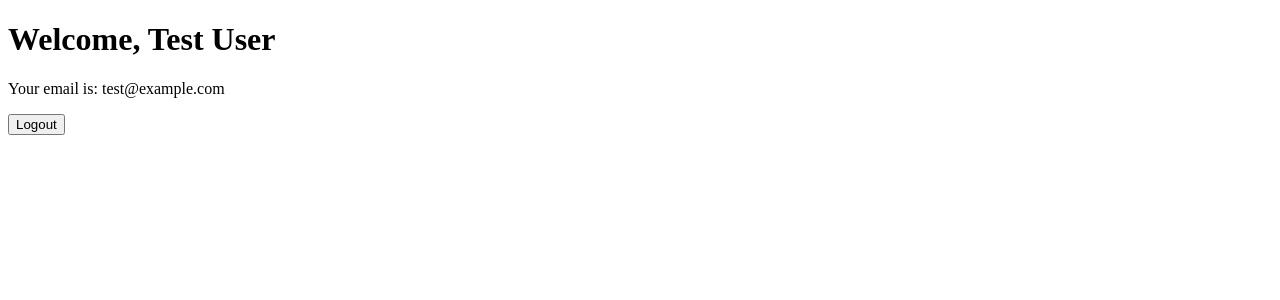
Repository: Adel-Shurrab/CRUD-System
Page: http://localhost/
These files come from the project's save history. The page is drawn as it stood at one moment and after a run of saves; the edit follows.
The browser window is 1280 px wide. The pictures show the whole page.
The page is served by the project's Laravel application, run on PHP 8.4 with Laravel 12. A made-up administrator, Test User (test@example.com), is signed in. Other server files are loaded and not shown.

Above is the page before, as saved 2025-05-14 14:32:10.

### routes/web.php
<?php

use Illuminate\Support\Facades\Route;
use App\Http\Controllers\UserController;

Route::middleware('auth')->group(function () {
    Route::view('/', 'home')->name('home');
});

Route::middleware('guest')->group(function () {
    Route::get('/register', [UserController::class, 'showRegistrationForm'])->name('register');
    Route::post('/register', [UserController::class, 'register'])->name('register.post');
    Route::get('/login', [UserController::class, 'showLoginForm'])->name('login');
    Route::post('/login', [UserController::class, 'login'])->name('login.post');
});

Route::post('/logout', [UserController::class, 'logout'])->name('logout');

### resources/views/home.blade.php
<!DOCTYPE html>
<html lang="en">

<head>
    <meta charset="UTF-8">
    <meta name="viewport" content="width=device-width, initial-scale=1.0">
    <meta http-equiv="X-UA-Compatible" content="ie=edge">
    <title>Home</title>
</head>

<body>
    <h1>Welcome, {{ Auth::user()->name }}</h1>
    <p>Your email is: {{ Auth::user()->email }}</p>
    <form action="{{ route('logout') }}" method="POST" style="display: inline;">
        @csrf
        <button type="submit" class="btn btn-link">Logout</button>
    </form>

    <div style="border: 3px "></div>

</body>

</html>

Loaded but not shown: app/Models/User.php (common file)

After the next 7 saves:
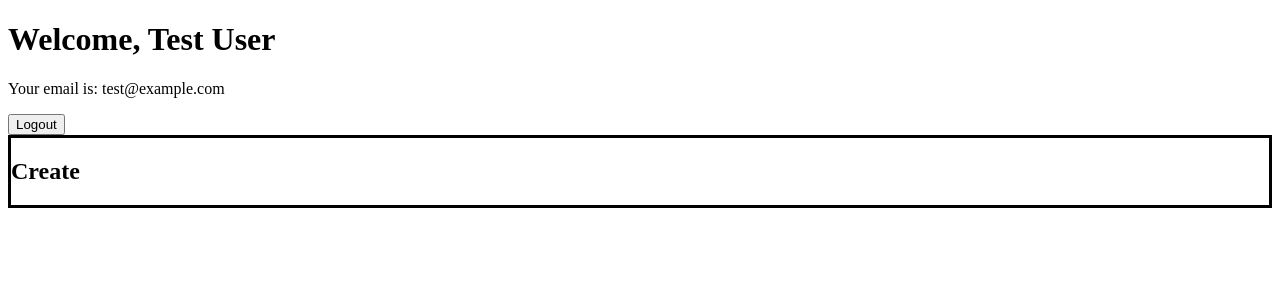
The 7 saves are shown as one change because they came seconds apart.
The last was saved 18 s later.
--- a/resources/views/home.blade.php
+++ b/resources/views/home.blade.php
@@ -16,7 +16,9 @@
         <button type="submit" class="btn btn-link">Logout</button>
     </form>
 
-    <div style="border: 3px "></div>
+    <div style="border: 3px solid black;">
+        <h2>Create </h2>
+    </div>
 
 </body>
 
